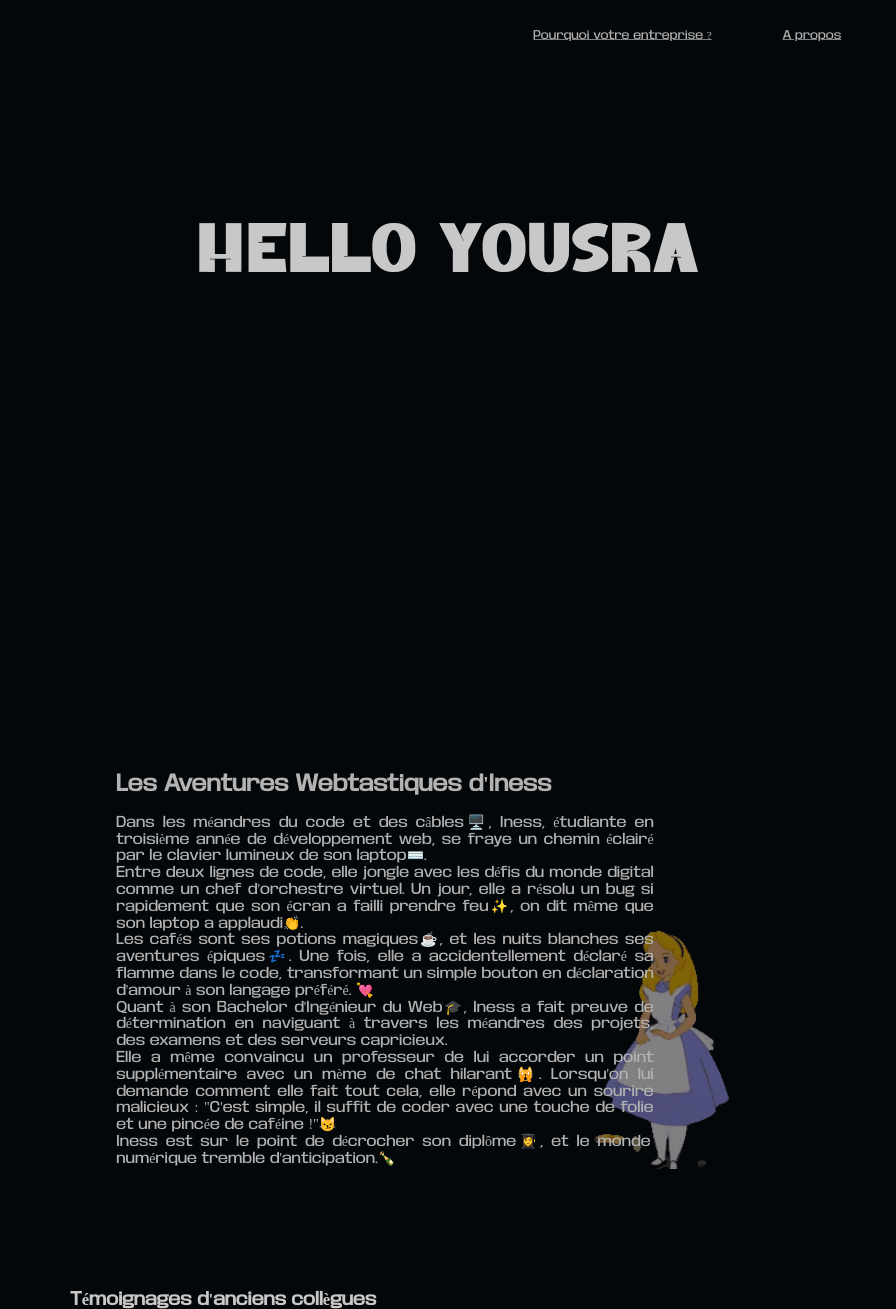
Repository: inessben/application
Page: index.html
An editor plug-in stored every save of this project. The page is shown before and after the next save, followed by the edit.
The browser window is 1280 px wide. The pictures show the part of the page from y = 0 to 1870 px (the page is 2341 px tall), at 70% of full size.
A picture or video elsewhere on the page could not be fetched, so the positions and the page height are approximate.

Above is the page before, as saved 2023-12-04 00:50:24.

After the next save:
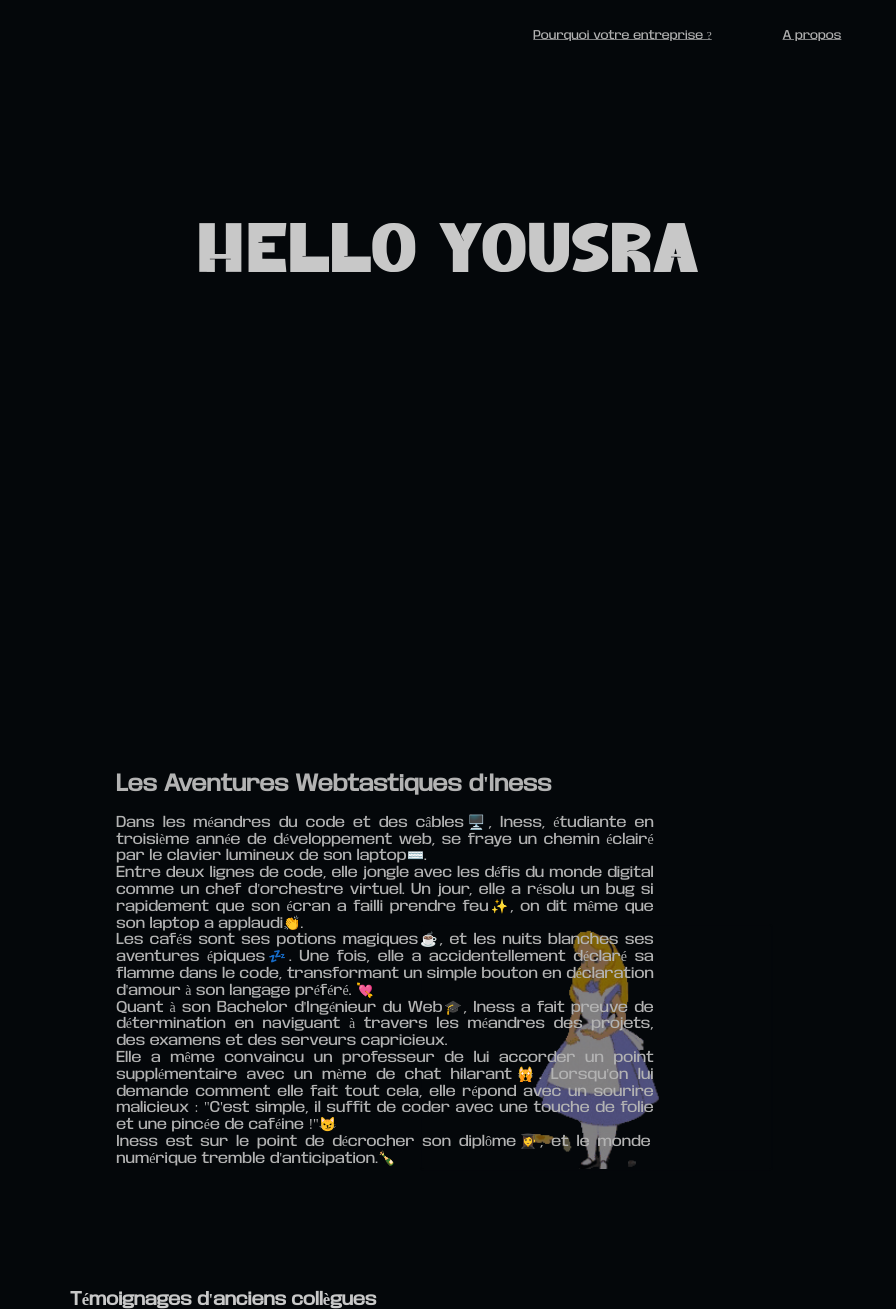
Saved 59 s later.
--- a/index.css
+++ b/index.css
@@ -81,7 +81,7 @@ body {
 .gif{
     position: relative;
     opacity: 0.5;
-    right: -900px;
+    right: -800px;
     top: 600px;
     width: 500px;
     border-radius: 5px;
